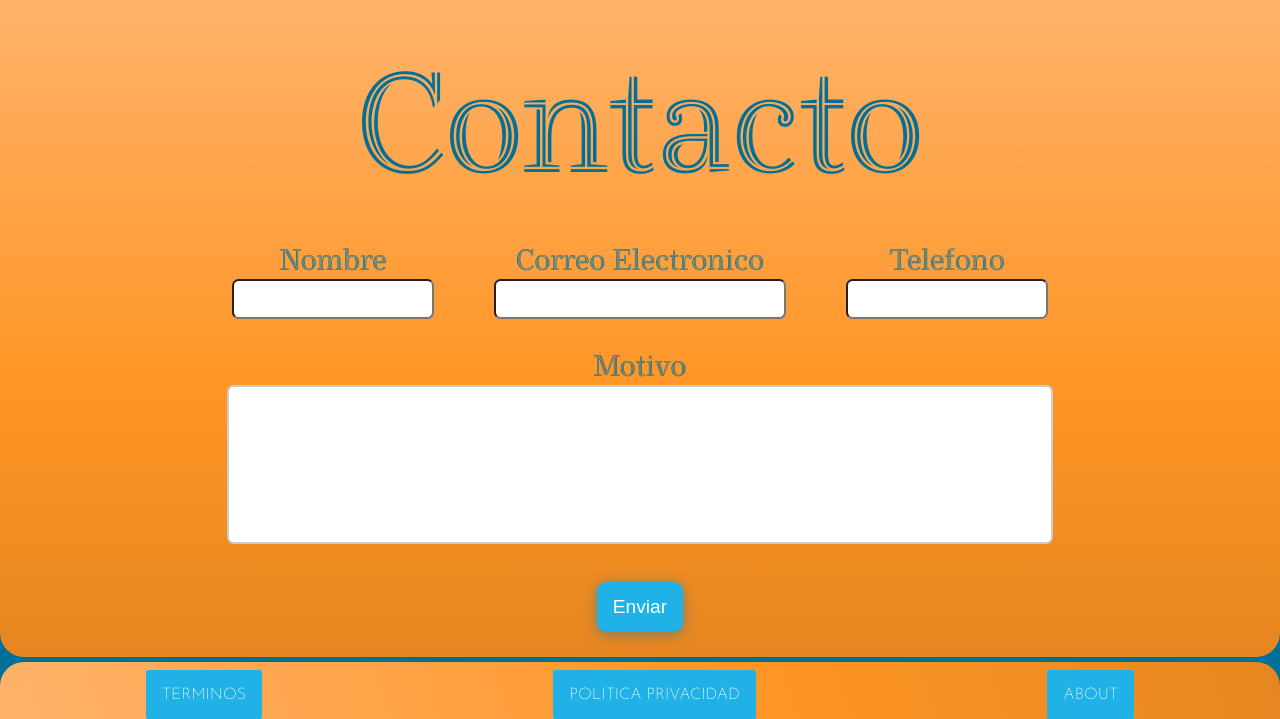
Repository: Jogalso/webPsicologa
Page: /
An editor plug-in stored every save of this project. The page is shown before and after the next save, followed by the edit.
The browser window is 1280 px wide. The pictures show the part of the page from y = 4685 to 5407 px (the page is 5404 px tall before and 5407 px after).
Backgrounds fixed to the window are drawn as part of the page. The project was rebuilt for these pictures with package versions that can differ from the ones it lists, and the page was loaded fresh each time. Some packages were replaced by stand-ins written for this rebuild. The framework's server and built-in components were replaced by stand-ins that run in the browser.

Above is the page before, as saved 2021-07-14 13:28:43.

After the next save:
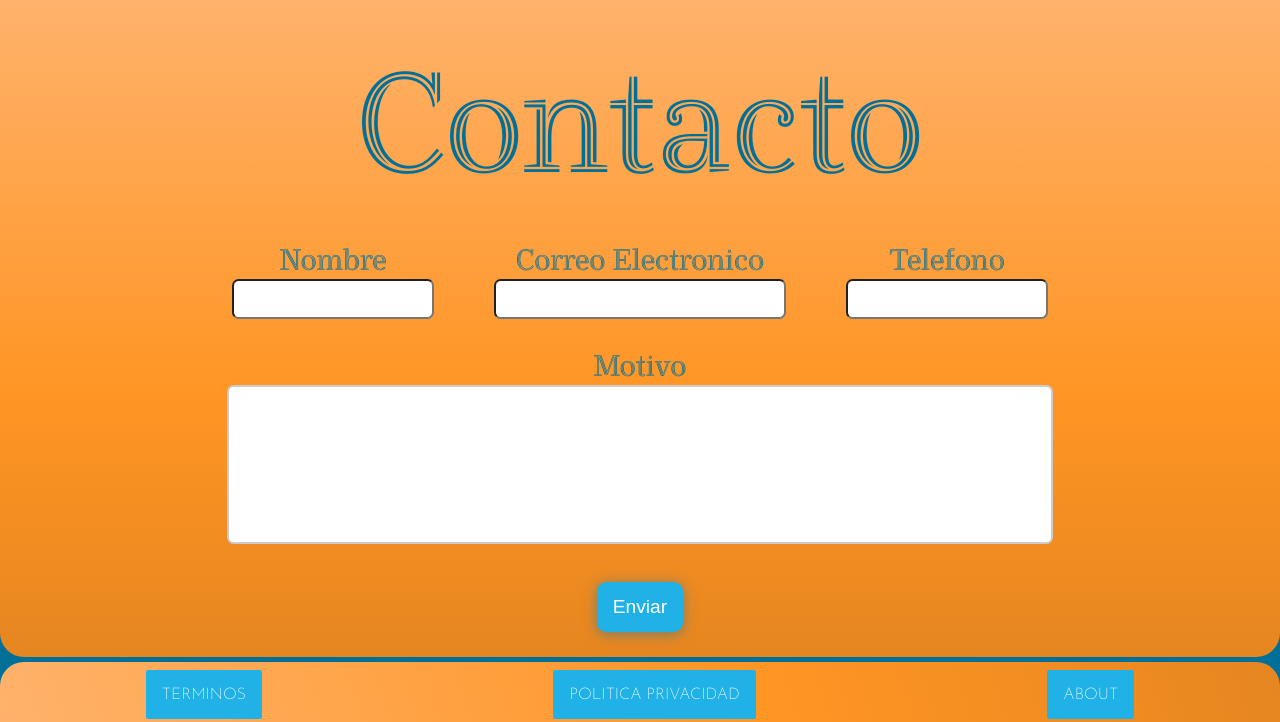
Saved 29 s later.
--- a/components/Footer.jsx
+++ b/components/Footer.jsx
@@ -41,6 +41,7 @@ export default function Footer() {
                         padding: 0.8em 1em;
                         text-decoration: none;
                         line-height: 1.5em;
+                        margin-bottom: 0.15em;
                     }
                 `}
             </style>
